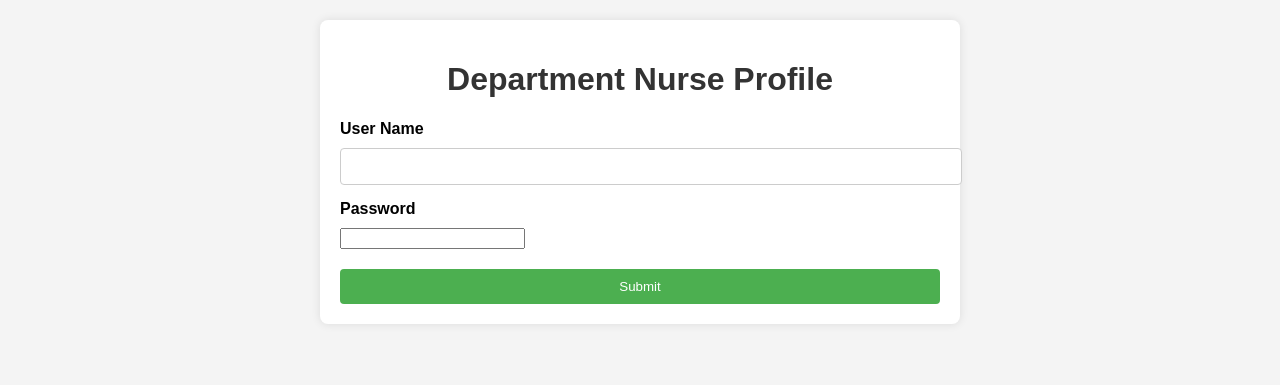
Repository: OmarAl-Saleh/Hospital-Emergency-System
Page: http://localhost/EmergencySystem/department_nurse/sign-up.jsp
These files come from the project's save history. The page is drawn as it stood at one moment and after the next save; the edit follows.
The browser window is 1280 px wide. The pictures show the whole page.
The page is served by Tomcat 9. Other server files are loaded and not shown.

Above is the page before, as saved 2024-05-22 13:15:00.

### EmergencySystem/EmergencySystem/src/main/webapp/department_nurse/sign-up.jsp
<!DOCTYPE html>
<html>
<head>
    <meta charset="ISO-8859-1">
    <title>Patient Profile Form</title>
    <style>
        body {
            font-family: Arial, sans-serif;
            background-color: #f4f4f4;
            margin: 0;
            padding: 20px;
        }

        form {
            background-color: white;
            padding: 20px;
            border-radius: 8px;
            box-shadow: 0 0 10px rgba(0, 0, 0, 0.1);
            max-width: 600px;
            margin: auto;
        }

        h1 {
            text-align: center;
            color: #333;
        }

        label {
            display: block;
            margin-bottom: 10px;
            font-weight: bold;
        }

        input[type="text"], input[type="date"], input[type="email"], input[type="tel"], textarea {
            width: 100%;
            padding: 10px;
            margin-bottom: 15px;
            border: 1px solid #ccc;
            border-radius: 4px;
        }

        textarea {
            height: 100px;
        }

        input[type="submit"] {
            background-color: #4CAF50;
            color: white;
            border: none;
            padding: 10px 20px;
            cursor: pointer;
            border-radius: 4px;
            width: 100%;
            margin-top: 20px;
        }

        input[type="submit"]:hover {
            background-color: #45a049;
        }

        .add-button {
            background-color: #008CBA;
            color: white;
            border: none;
            padding: 10px 20px;
            cursor: pointer;
            border-radius: 4px;
            margin-bottom: 15px;
        }

        .add-button:hover {
            background-color: #007bb5;
        }
    </style>
    <script>
        function addField(containerId, fieldName) {
            const container = document.getElementById(containerId);
            const textarea = document.createElement('textarea');
            textarea.name = fieldName + '[]';
            textarea.required = true;
            container.appendChild(textarea);
        }
    </script>
</head>
<body>
    <form action="department_nurse" method="post">
        <h1>Department Nurse Profile</h1>

        <input type="hidden" name="source" value="sign-up"/>
        <div class="form-group">
        <label for="name">User Name</label>
        <input type="text" id="name" name="name" required/>
    	</div>
    	<div class="form-group">
        <label for="password">Password</label>
        <input type="password" id="password" name="password" required/>
   		 </div>
    		<input type="submit" value="Submit"/>
    </form>
</body>
</html>

After the next save:
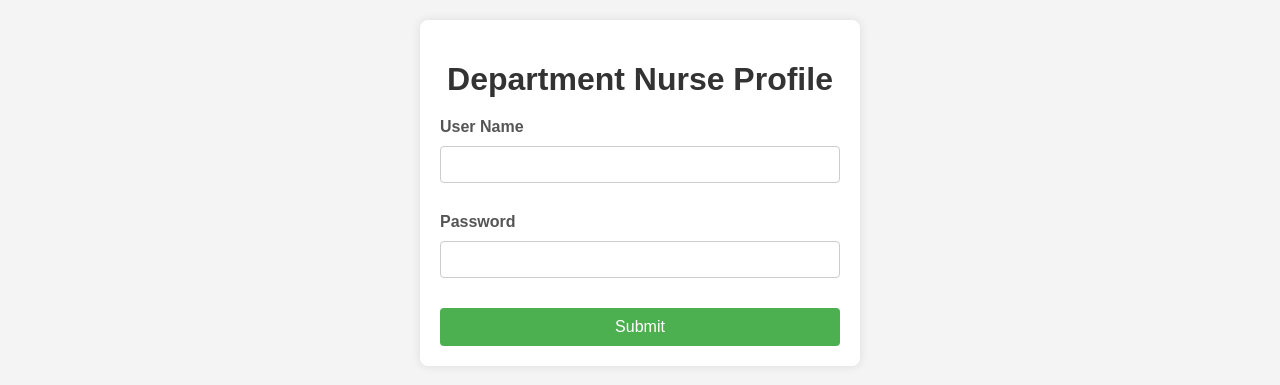
Saved 57 s later.
--- a/EmergencySystem/EmergencySystem/src/main/webapp/department_nurse/sign-up.jsp
+++ b/EmergencySystem/EmergencySystem/src/main/webapp/department_nurse/sign-up.jsp
@@ -2,7 +2,7 @@
 <html>
 <head>
     <meta charset="ISO-8859-1">
-    <title>Patient Profile Form</title>
+    <title>Department Nurse Profile Form</title>
     <style>
         body {
             font-family: Arial, sans-serif;
@@ -16,31 +16,30 @@
             padding: 20px;
             border-radius: 8px;
             box-shadow: 0 0 10px rgba(0, 0, 0, 0.1);
-            max-width: 600px;
+            max-width: 400px;
             margin: auto;
         }
 
         h1 {
             text-align: center;
             color: #333;
+            margin-bottom: 20px;
         }
 
         label {
             display: block;
             margin-bottom: 10px;
             font-weight: bold;
+            color: #555;
         }
 
-        input[type="text"], input[type="date"], input[type="email"], input[type="tel"], textarea {
+        input[type="text"], input[type="password"], input[type="email"], input[type="tel"] {
             width: 100%;
             padding: 10px;
             margin-bottom: 15px;
             border: 1px solid #ccc;
             border-radius: 4px;
-        }
-
-        textarea {
-            height: 100px;
+            box-sizing: border-box;
         }
 
         input[type="submit"] {
@@ -51,36 +50,17 @@
             cursor: pointer;
             border-radius: 4px;
             width: 100%;
-            margin-top: 20px;
+            font-size: 16px;
         }
 
         input[type="submit"]:hover {
             background-color: #45a049;
         }
 
-        .add-button {
-            background-color: #008CBA;
-            color: white;
-            border: none;
-            padding: 10px 20px;
-            cursor: pointer;
-            border-radius: 4px;
+        .form-group {
             margin-bottom: 15px;
         }
-
-        .add-button:hover {
-            background-color: #007bb5;
-        }
     </style>
-    <script>
-        function addField(containerId, fieldName) {
-            const container = document.getElementById(containerId);
-            const textarea = document.createElement('textarea');
-            textarea.name = fieldName + '[]';
-            textarea.required = true;
-            container.appendChild(textarea);
-        }
-    </script>
 </head>
 <body>
     <form action="department_nurse" method="post">
@@ -88,14 +68,14 @@
 
         <input type="hidden" name="source" value="sign-up"/>
         <div class="form-group">
-        <label for="name">User Name</label>
-        <input type="text" id="name" name="name" required/>
-    	</div>
-    	<div class="form-group">
-        <label for="password">Password</label>
-        <input type="password" id="password" name="password" required/>
-   		 </div>
-    		<input type="submit" value="Submit"/>
+            <label for="name">User Name</label>
+            <input type="text" id="name" name="name" required/>
+        </div>
+        <div class="form-group">
+            <label for="password">Password</label>
+            <input type="password" id="password" name="password" required/>
+        </div>
+        <input type="submit" value="Submit"/>
     </form>
 </body>
 </html>
